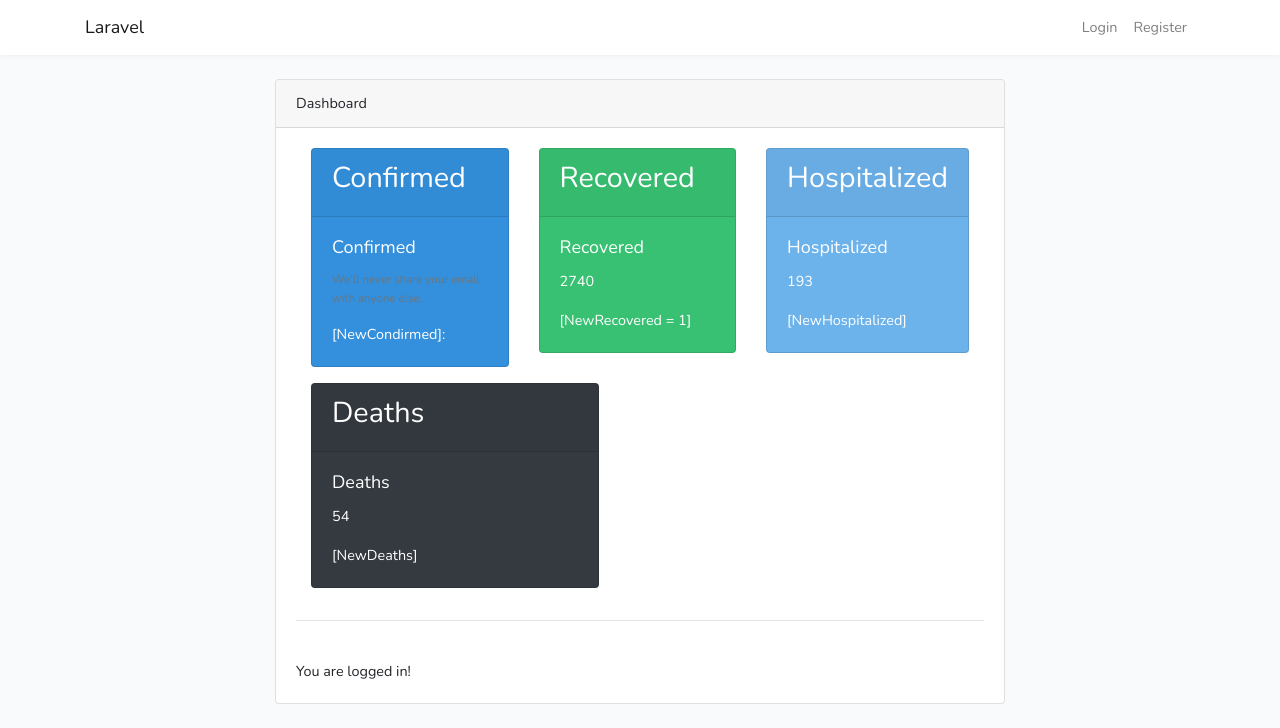
Repository: tlexDett/Covid19Ubon
Page: resources/views/home.blade.php
These files come from the project's save history. The page is drawn as it stood at one moment and after the next save; the edit follows.
The browser window is 1280 px wide. The pictures show the whole page.
The page is served by the project's Laravel application, run on PHP 8.4 with Laravel 8. Other server files are loaded and not shown. The template is opened directly, without the code that normally fills it, so the values that code supplies are empty.

Above is the page before, as saved 2020-05-06 16:00:47.

### Covid19Ubon/routes/web.php
<?php

/*
|--------------------------------------------------------------------------
| Web Routes
|--------------------------------------------------------------------------
|
| Here is where you can register web routes for your application. These
| routes are loaded by the RouteServiceProvider within a group which
| contains the "web" middleware group. Now create something great!
|
*/

Route::get('/', function () {
    return view('welcome');
});


Auth::routes();

// Route::get('/home', 'HomeController@index')->name('home');

Route::get('/home','ApiController@get_api');

// Route::get('/home', 'Admin.PostsController');

Route::resource('admin/posts', 'Admin\\PostsController');

### Covid19Ubon/app/Http/Controllers/Auth/LoginController.php
<?php

namespace App\Http\Controllers\Auth;

use App\Http\Controllers\Controller;
use Illuminate\Foundation\Auth\AuthenticatesUsers;

class LoginController extends Controller
{
    /*
    |--------------------------------------------------------------------------
    | Login Controller
    |--------------------------------------------------------------------------
    |
    | This controller handles authenticating users for the application and
    | redirecting them to your home screen. The controller uses a trait
    | to conveniently provide its functionality to your applications.
    |
    */

    use AuthenticatesUsers;

    /**
     * Where to redirect users after login.
     *
     * @var string
     */
    protected $redirectTo = '/admin/posts';

    /**
     * Create a new controller instance.
     *
     * @return void
     */
    public function __construct()
    {
        $this->middleware('guest')->except('logout');
    }
}

### Covid19Ubon/resources/views/home.blade.php
@extends('layouts.app')

@section('content')
<div class="container">
    <div class="row justify-content-center">
        <div class="col-md-8">
            <div class="card">
                <div class="card-header">Dashboard</div>

                <div class="card-body">
                    @if (session('status'))
                        <div class="alert alert-success" role="alert">
                            {{ session('status') }}
                        </div>
                    @endif

                <!-- --- -->
                <div class="container">
                <div class="row">
                    <div class="col-sm">
                        <div class="card text-white bg-primary  mb-3" style="max-width: 18rem;">
                        <div class="card-header"><h2>Confirmed</h2></div>
                        <div class="card-body">
                            <h5 class="card-title">Confirmed</h5>
                            <small id="emailHelp" class="form-text text-muted">We'll never share your email with anyone else.</small>
                            <p class="card-text">
                            {{$json->Confirmed}}

                            </p>
                            <p class="card-text">[NewCondirmed]: {{$json->NewConfirmed}}</p>

                        </div>
                        </div>
                    </div>

                    <div class="col-sm">
                        <div class="card text-white bg-success mb-3" style="max-width: 18rem;">
                            <div class="card-header"><h2>Recovered</h2></div>
                            <div class="card-body">
                                <h5 class="card-title">Recovered</h5>
                                <p class="card-text">2740</p>
                                <p class="card-text">[NewRecovered = 1]</p>
                            </div>
                            </div>
                    </div>

                    <div class="col-sm">
                    <div class="card text-white bg-info mb-3" style="max-width: 18rem;">
                            <div class="card-header"><h2>Hospitalized</h2></div>
                            <div class="card-body">
                                <h5 class="card-title">Hospitalized</h5>
                                <p class="card-text">193</p>
                                <p class="card-text">[NewHospitalized]</p>
                            </div>
                            </div>
                    </div>

                    <div class="col-sm">
                    <div class="card text-white bg-dark mb-3" style="max-width: 18rem;">
                            <div class="card-header"><h2>Deaths</h2></div>
                            <div class="card-body">
                                <h5 class="card-title">Deaths</h5>
                                <p class="card-text">54</p>
                                <p class="card-text">[NewDeaths]</p>
                            </div>
                            </div>
                    </div>


                </div>
                </div>
                <!-- -------------card----------- -->
                <hr>


                <!-- --- -->






                  <br>

                  {{ $json->Recovered }}
                    You are logged in!
                </div>
            </div>
        </div>
    </div>
</div>
@endsection

Loaded but not shown: Covid19Ubon/app/Http/Controllers/Controller.php (common file); Covid19Ubon/resources/views/layouts/app.blade.php (common file); Covid19Ubon/public/js/app.js (library); Covid19Ubon/public/css/app.css (library)

After the next save:
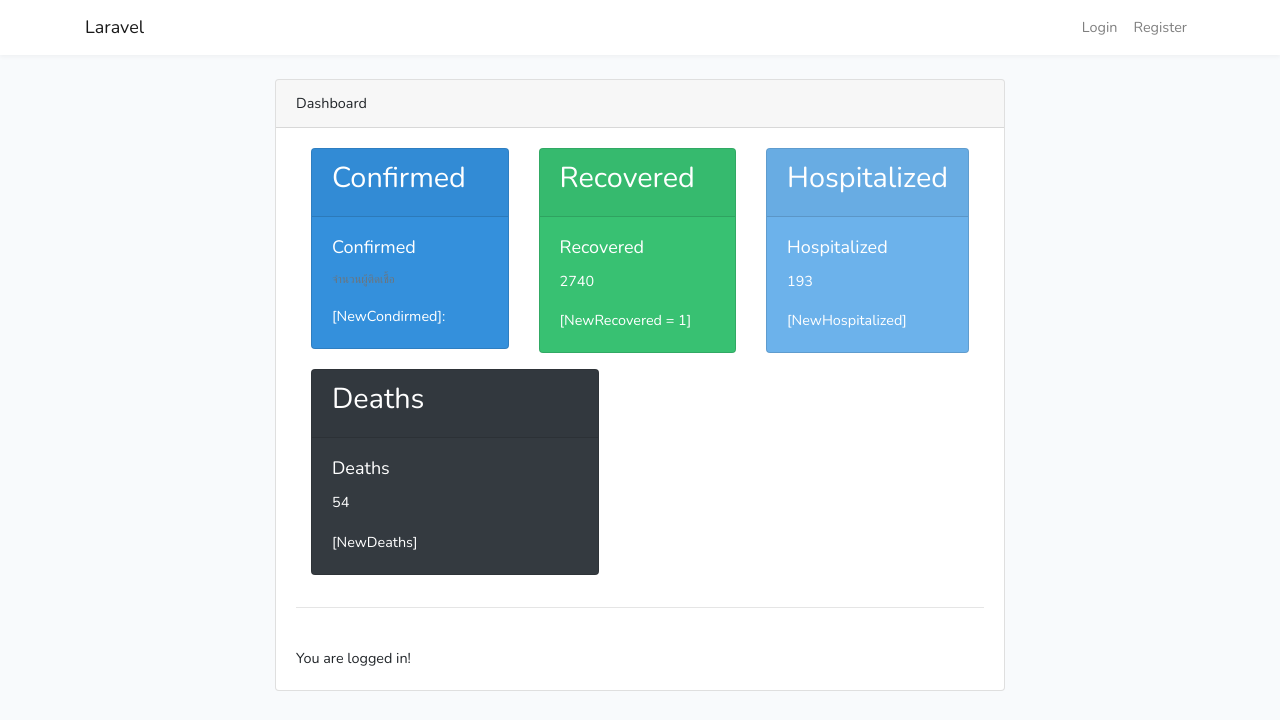
Saved 5 s later.
--- a/Covid19Ubon/resources/views/home.blade.php
+++ b/Covid19Ubon/resources/views/home.blade.php
@@ -22,7 +22,7 @@
                         <div class="card-header"><h2>Confirmed</h2></div>
                         <div class="card-body">
                             <h5 class="card-title">Confirmed</h5>
-                            <small id="emailHelp" class="form-text text-muted">We'll never share your email with anyone else.</small>
+                            <small id="" class="form-text text-muted">จำนวนผู้ติดเชื้อ</small>
                             <p class="card-text">
                             {{$json->Confirmed}}
 
